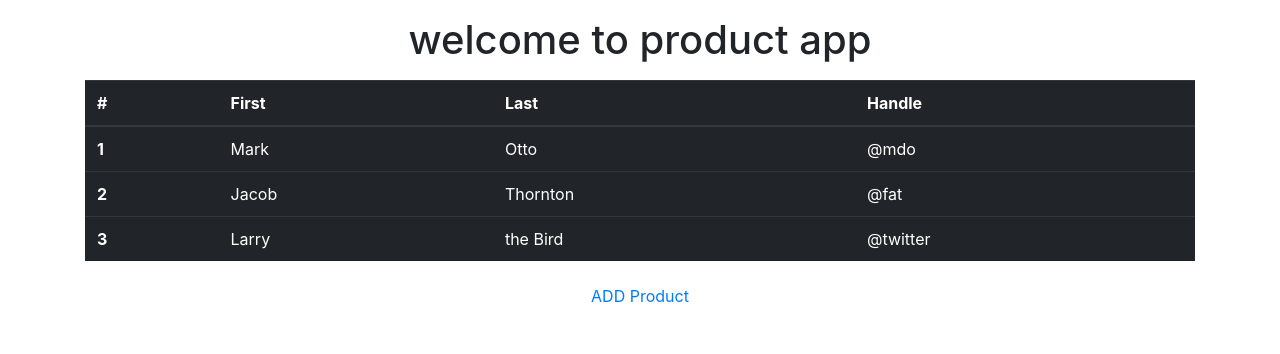
Repository: Renish-patel/Practices
Page: http://localhost/productcrudapp/WEB-INF/views/index.jsp
The author's editor kept a copy of each file at every save. The page is drawn from the files as they stood at one save, then again after a run of saves.
The browser window is 1280 px wide. The pictures show the whole page.
Some web libraries are served in a nearby version. The page is served by Tomcat 9. Nobody is signed in. The template is opened directly, without the code that normally fills it, so the values that code supplies are empty.

Above is the page before, as saved 2023-03-09 18:45:18.

After the next 3 saves:
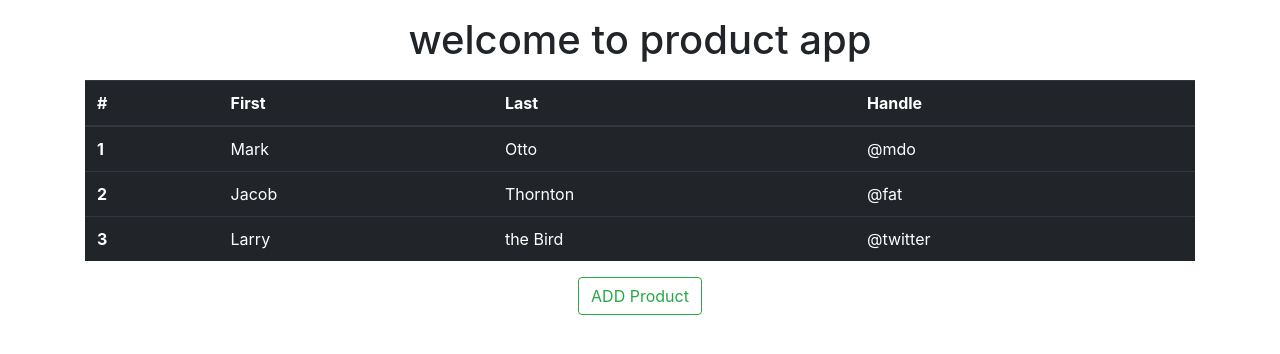
The 3 saves are shown as one change because they came seconds apart.
The last was saved 35 s later.
--- a/spring/productcrudapp/src/main/webapp/WEB-INF/views/index.jsp
+++ b/spring/productcrudapp/src/main/webapp/WEB-INF/views/index.jsp
@@ -41,7 +41,7 @@
 					</tbody>
 				</table>
 <div class="container text-center">
-<a href="add-product" class="btn btn-outline-sucess">ADD Product</a>
+<a href="add-product" class="btn btn-outline-success">ADD Product</a>
 </div>
 
 
